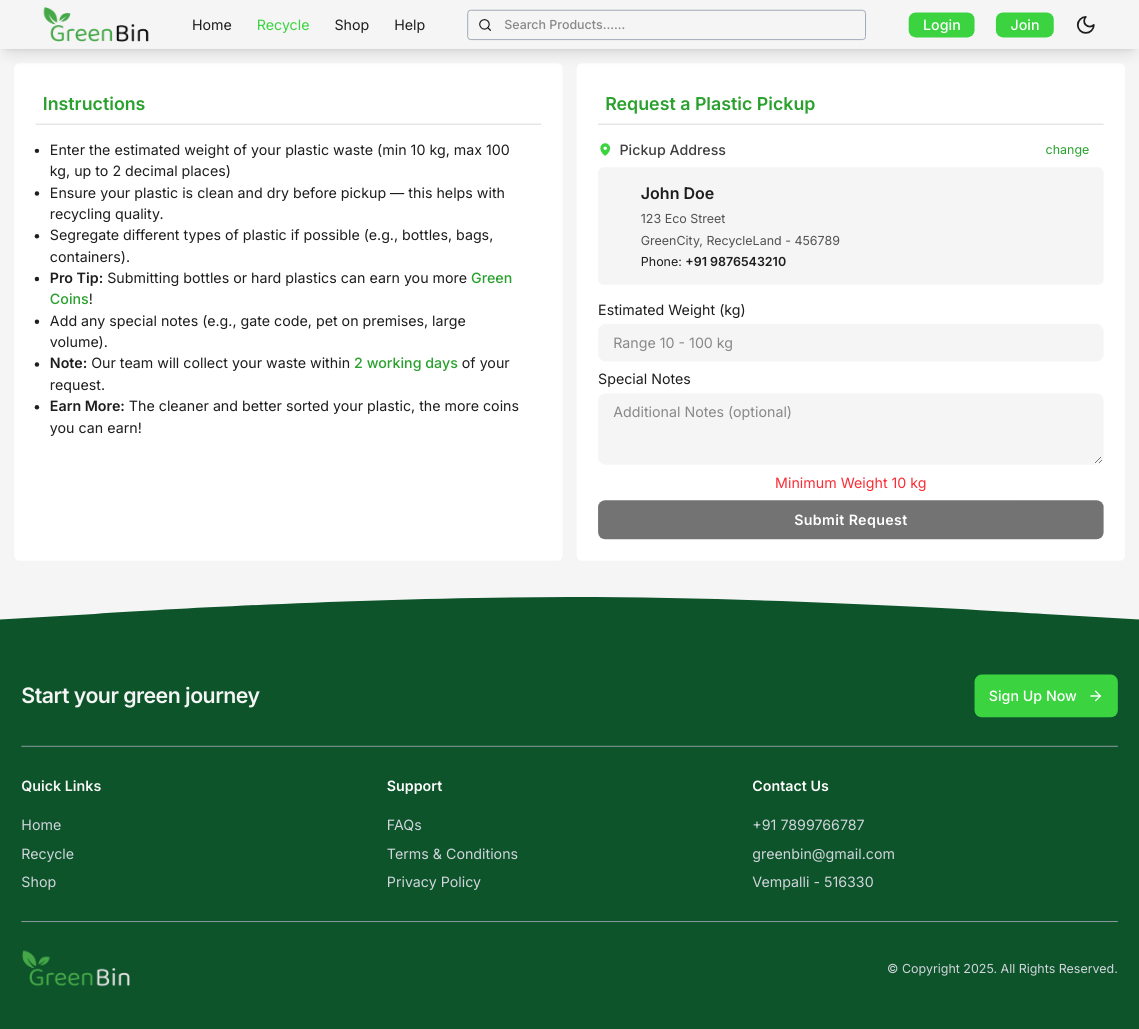
Repository: Siddhu123456/Plastic-Waste-Management
Page: /recycle (app in frontend/)
The author's editor kept a copy of each file at every save. The page is drawn from the files as they stood at one save, then again after the next save.
The browser window is 1280 px wide. The pictures show the whole page, at 89% of full size.
The project was rebuilt for these pictures with package versions that can differ from the ones it lists, and the page was loaded fresh each time. Also part of the build but not shown: frontend/vite.config.js, frontend/src/components/ProductCard.jsx, frontend/src/components/TrendingProductsCarousel.jsx, frontend/src/pages/Home.jsx, frontend/src/components/FilterBar.jsx, frontend/src/pages/customer/Shop.jsx, frontend/src/components/CartItemCard.jsx, frontend/src/pages/customer/Cart.jsx and 14 more. Imported but missing from the stored project, and not drawn on this page: frontend/src/pages/Help, frontend/src/pages/customer/WishList.

Above is the page before, as saved 2025-05-06 11:26:59.

### frontend/src/index.css
@import url('https://fonts.googleapis.com/css2?family=Fugaz+One&family=Montserrat:ital@0;1&display=swap');
@import url('https://fonts.googleapis.com/css2?family=Inter:ital,opsz,wght@0,14..32,100..900;1,14..32,100..900&display=swap');
@import "tailwindcss";


@custom-variant dark (&:where(.dark, .dark *));


@theme{
  --color-ow : #f5f5f5;
  --color-dbg : #000803;
  --color-dsc : #1e221f;
  --color-dtc : #313532;
  --color-lgg : #3bd440;
  --color-tc : #1e1e1e;
  --color-lgd : #2aa12e;
  --color-bl: #1D2A35;
  --color-lg-trans : rgba(69, 167, 72, 0.3);
}

@layer components {
  .pri-btn {
    @apply text-white cursor-pointer text-center rounded-lg bg-lgg hover:bg-lgd transition duration-300
  }
  .white-btn {
    @apply text-lgg cursor-pointer text-center rounded-2xl bg-ow transition duration-300
  }
  .trans-btn{
    @apply border text-center rounded-2xl cursor-pointer border-lgg text-lgg hover:bg-lgg hover:text-white transition
  }

  .white-trans-btn{
    @apply border text-center rounded-2xl cursor-pointer border-white text-white transition duration-300
  }
}

@layer utilities{
  .no-scrollbar::-webkit-scrollbar {
    display: none;
}
.no-scrollbar {
    -ms-overflow-style: none;
    scrollbar-width: none;
}
}

:root{
  font-family: "Inter", sans-serif;
  background-color: #f5f5f5;
  box-sizing: border-box;
  overflow-x: hidden;
}


input[type='range'] {
  pointer-events: all;
  height: 0;
}

input[type='range']::-webkit-slider-thumb {
  appearance: none;
  height: 16px;
  width: 16px;
  background: #22c55e;
  border-radius: 9999px;
  cursor: pointer;
  border: none;
}

input[type='range']::-moz-range-thumb {
  height: 16px;
  width: 16px;
  background: #22c55e;
  border-radius: 9999px;
  cursor: pointer;
  border: none;
}

### frontend/src/App.jsx
import { CartProvider } from './components/CartContext.jsx';
import AppRoutes from './routes/AppRoutes.jsx'


const App = () => (
    <CartProvider>
        <AppRoutes />
    </CartProvider>
)

export default App;

### frontend/src/components/CartContext.jsx
import { createContext, useContext, useState } from "react";

const CartContext = createContext();

export const CartProvider = ({ children }) => {
  const [cartCount, setCartCount] = useState(0);

  return (
    <CartContext.Provider value={{ cartCount, setCartCount }}>
      {children}
    </CartContext.Provider>
  );
};

export const useCart = () => useContext(CartContext);

### frontend/src/routes/AppRoutes.jsx
import {BrowserRouter as Router, Routes, Route} from 'react-router-dom'

import Home from '../pages/Home'
import Help from '../pages/Help'
import Shop from '../pages/customer/Shop'
import Recycle from '../pages/customer/Recycle'
import Cart from '../pages/customer/Cart'
import WishList from '../pages/customer/WishList'
import ProductOverview from '../pages/customer/ProductOverview'
import ScrollToTop from './ScrollToTop'
import Layout from '../components/Layout'
import Wallet from '../pages/customer/Wallet'
import OrderHistory from '../pages/customer/OrderHistory'
import OrderSummary from '../pages/customer/OrderSummary'
import PickupHistory from '../pages/customer/PickupHistory'
import CustomerProfile from '../pages/customer/CustomerProfile'
import ProductForm from '../pages/admin/ProductForm'

const AppRoutes = () => {
  return (
    <Router>
      <Layout>
      <ScrollToTop />
        <Routes>
            <Route path='/' element={<Home />} />
            <Route path='/recycle' element={<Recycle />} />
            <Route path='/shop' element={<Shop />} />
            <Route path='/help' element={<Help />} />
            <Route path='/cart' element={<Cart />} />
            <Route path='/favorites' element={<WishList />} />
            <Route path='/wallet' element={<Wallet />} />
            <Route path='/product/:id' element={<ProductOverview />} />
            <Route path='/orders' element={<OrderHistory />} />
            <Route path='/orders/:id' element={<OrderSummary />} />
            <Route path='/pickups' element={<PickupHistory />} />
            <Route path='/cprofile' element={<CustomerProfile />} />
            <Route path='/pform' element={<ProductForm />} />
        </Routes>
        </Layout>
    </Router>
  )
}

export default AppRoutes

### frontend/src/pages/customer/Recycle.jsx
import React, { useEffect, useState } from "react";
import { PiMapPinFill, PiPlusCircle } from "react-icons/pi";

const Recycle = () => {
  const [selectedAddress, setSelectedAddress] = useState(null);

  useEffect(() => {
    // Simulate fetch call
    const allAddresses = [
      {
        id: 1,
        name: "John Doe",
        street: "123 Eco Street",
        city: "GreenCity",
        state: "RecycleLand",
        zip: "456789",
        phone: "+91 9876543210",
        isDefault: true
      },
      {
        id: 2,
        name: "Jane Smith",
        street: "456 Green Ave",
        city: "CleanTown",
        state: "EcoState",
        zip: "654321",
        phone: "+91 8765432109",
        isDefault: false
      }
    ];

    const defaultAddress = allAddresses.find(addr => addr.isDefault) || allAddresses[0];
    setSelectedAddress(defaultAddress);
  }, []);


  const [formData, setFormData] = useState({
    weight: "",
    notes: "",
  });
  const minWeight = 10
  const maxWeight = 100



  const handleChange = (e) => {
    const { name, value } = e.target;

    if (name === "weight") {
      const numericValue = parseFloat(value);
      const isWithinLimit = numericValue <= 100;
      const isValid = value === "" || (!isNaN(numericValue) && numericValue >= 0 && isWithinLimit);

      if (isValid) {
        setFormData((prev) => ({ ...prev, [name]: value }));
      }

      return;
    }

    setFormData((prev) => ({ ...prev, [name]: value }));
  };


  const handleWeightKeyDown = (e) => {
    const key = e.key;
    const value = e.target.value;
    const allowedDigits = ['0','1','2','3','4','5','6','7','8','9'];
    const controlKeys = ['Backspace', 'Delete', 'ArrowLeft', 'ArrowRight', 'Tab', 'Home', 'End'];

    const isDigit = allowedDigits.includes(key);
    const isDot = key === '.';
    const alreadyHasDot = value.includes('.');

    // If already has a dot, prevent entering more than 2 decimal digits
    if (alreadyHasDot && !controlKeys.includes(key)) {
      const decimalPart = value.split('.')[1];
      if (decimalPart?.length >= 2 && !isDot) {
        e.preventDefault();
        return;
      }
    }

    // Prevent invalid keys
    if (
      !isDigit &&
      !controlKeys.includes(key) &&
      !(isDot && !alreadyHasDot)
    ) {
      e.preventDefault();
    }
  };


  return (
    <section className='grid grid-cols-12 gap-4 p-2 sm:p-4'>
    <div className="col-span-12 lg:col-span-6 bg-white dark:bg-dtc rounded-md p-4 sm:p-6">
    <h1 className="text-xl font-semibold text-lgd dark:text-lgg border-b border-neutral-300 dark:border-neutral-500 p-2">Instructions</h1>

      <ul className="list-disc text-tc dark:text-ow p-4">
        <li>Enter the estimated weight of your plastic waste (min {minWeight} kg, max {maxWeight} kg, up to 2 decimal places)</li>
        <li>Ensure your plastic is clean and dry before pickup — this helps with recycling quality.</li>
        <li>Segregate different types of plastic if possible (e.g., bottles, bags, containers).</li>
        <li><strong className="font-semibold">Pro Tip:</strong> Submitting bottles or hard plastics can earn you more <span className="text-lgd dark:text-lgg font-medium">Green Coins</span>!</li>
        <li>Add any special notes (e.g., gate code, pet on premises, large volume).</li>
        <li><strong className="font-semibold">Note:</strong> Our team will collect your waste within <span className="font-medium text-lgd dark:text-lgg">2 working days</span> of your request.</li>
        <li><strong className="font-semibold">Earn More:</strong> The cleaner and better sorted your plastic, the more coins you can earn!</li>
      </ul>
    </div>

      {/* Pickup */}
    <div className="bg-white dark:bg-dtc rounded-md col-span-12 lg:col-span-6 p-4 sm:p-6">
      <h1 className="text-xl font-semibold text-lgd dark:text-lgg border-b border-neutral-300 dark:border-neutral-500 p-2">Request a Plastic Pickup</h1>
      {/* Address */}
      <div>
        <div className='flex items-center gap-2 pt-4 pb-2 font-medium'>
          <PiMapPinFill className='text-lgg' />
          <h2 className='text-neutral-700 dark:text-neutral-300'>Pickup Address</h2>
          {selectedAddress &&
            <button className='ml-auto font-normal cursor-pointer text-lgd dark:text-lgg hover:underline text-sm pr-4'>change</button>
          }
        </div>

          {selectedAddress ?
            <div className="bg-ow dark:bg-dsc p-4 rounded-md">
            <div className="pl-8 space-y-1">
              <p className="text-lg font-semibold text-tc dark:text-white">
                {selectedAddress.name}
              </p>
              <p className="text-sm text-neutral-600 dark:text-neutral-300">{selectedAddress.street}</p>
              <p className="text-sm text-neutral-600 dark:text-neutral-300">
                {selectedAddress.city}, {selectedAddress.state} - {selectedAddress.zip}
              </p>
              <p className="text-sm text-tc dark:text-neutral-300">
                Phone: <span className='font-semibold'>{selectedAddress.phone}</span>
              </p>
            </div>
            </div>:
            <div className="text-center">
              <button type="button" className="inline-flex items-center hover:underline group py-1 gap-1 cursor-pointer text-sm font-medium text-neutral-600 dark:text-neutral-300">
              <PiPlusCircle className="text-lg group-hover:text-lgg" />
              Add Address
              </button>
            </div>
          }
      </div>
      <div className="mt-4 space-y-2">
      <label htmlFor="weight" className="block mb-1 text-tc dark:text-white">Estimated Weight (kg)</label>
      <input
        type="text"
        name="weight"
        id="weight"
        placeholder={`Range ${minWeight} - ${maxWeight} kg`}
        className="py-2 px-4 block w-full bg-ow dark:bg-dsc text-tc dark:text-ow border-ow dark:border-dsc border rounded-lg focus:outline-none focus:border-lgg focus:ring-lgg disabled:opacity-50 disabled:pointer-events-none dark:placeholder-neutral-500 dark:focus:ring-neutral-600"
        value={formData.weight}
        onChange={handleChange}
        onKeyDown={handleWeightKeyDown}
        required
      />

      <label htmlFor="notes" className="block mb-1 text-tc dark:text-white">Special Notes</label>
      <textarea
          name="notes"
          id="notes"
          placeholder="Additional Notes (optional)"
          className="py-2 min-h-20 px-4 block w-full bg-ow dark:bg-dsc text-tc dark:text-ow border-ow dark:border-dsc border rounded-lg focus:outline-none focus:border-lgg focus:ring-lgg disabled:opacity-50 disabled:pointer-events-none dark:placeholder-neutral-500 dark:focus:ring-neutral-600"
          value={formData.notes}
          onChange={handleChange}
        />
        {formData.weight < minWeight ? <p className="text-center text-red-500">Minimum Weight {minWeight} kg</p>:''}
        <button type="button" onClick={()=>console.log(formData)} disabled={formData.weight < minWeight} className="disabled:bg-neutral-500 disabled:cursor-not-allowed px-4 py-2.5 w-full font-semibold tracking-wide pri-btn">
          Submit Request
        </button>
      </div>
    </div>
  </section>
  );
}


export default Recycle

### frontend/src/routes/ScrollToTop.jsx
import { useEffect } from "react";
import { useLocation } from "react-router-dom";

const ScrollToTop = () => {
    const {pathname} = useLocation()
    useEffect(() => {
        window.scrollTo(0,0)
    },[pathname])

    return null
}

export default ScrollToTop;

### frontend/src/components/Layout.jsx
// Layout.jsx
import React from "react"
import Footer from "./Footer";
import Navbar from "./Navbar"

const Layout = ({ children }) => {
  return (
    <div className="min-h-screen flex flex-col bg-ow dark:bg-dsc">
      <Navbar />

      <main className="flex-1">
        {children}
      </main>

      <Footer />
    </div>
  );
};

export default Layout;

### frontend/src/components/Footer.jsx
import React, { useState } from 'react'
import LogoGBW from '../assets/images/logoGBW.png'
import { Link } from 'react-router-dom'
import { LuArrowRight } from 'react-icons/lu'
import AuthModal from '../pages/auth/AuthModal'

const Footer = () => {

    const user = JSON.parse(localStorage.getItem('user'));
    const userId = user?.id;

    const [authOpen, setAuthOpen] = useState(false)
    const [loginOpen, setLoginOpen] = useState(false)


  return (
    <footer className="bg-green-900 relative mt-16 bottom-0">
        <svg
            className="absolute top-0 w-full h-6 -mt-5 sm:-mt-10 sm:h-16 text-deep-purple-accent-400"
            preserveAspectRatio="none"
            viewBox="0 0 1440 54"
        >
            <path
            fill="#0d542b"
            d="M0 22L120 16.7C240 11 480 1.00001 720 0.700012C960 1.00001 1200 11 1320 16.7L1440 22V54H1320C1200 54 960 54 720 54C480 54 240 54 120 54H0V22Z"
            />
        </svg>

        <div className="container px-6 py-12 mx-auto">
            {!userId &&
                <>
                <div className="md:flex md:-mx-3 md:items-center md:justify-between">
                    <h1 className="text-xl font-semibold tracking-tight md:mx-3 xl:text-2xl text-ow">Start your green journey</h1>
                        <div className="mt-6 md:mx-3 shrink-0 md:mt-0 md:w-auto">
                            <button
                                className="inline-flex items-center justify-center font-medium w-full px-4 py-3  gap-x-3 pri-btn"
                                onClick={
                                    () => {
                                        setLoginOpen(false)
                                        setAuthOpen(true)
                                    }}
                            >
                                <span>Sign Up Now</span>
                                <LuArrowRight className='text-lg'/>
                            </button>
                        </div>
                </div>
                <hr className="my-6 border-gray-400 md:my-8"/>
                </>
            }

            <div className="grid grid-cols-2 gap-x-0 gap-y-6 sm:grid-cols-3">
                <div>
                    <p className="font-semibold text-ow">Quick Links</p>

                    <div className="flex flex-col items-start mt-5 space-y-2">
                        <Link to="/" className=" transition-colors duration-300 text-gray-300 hover:text-lgg">Home</Link>
                        <Link to="/recycle" className=" transition-colors duration-300 text-gray-300 hover:text-lgg">Recycle</Link>
                        <Link to="/shop" className=" transition-colors duration-300 text-gray-300 hover:text-lgg">Shop</Link>
                    </div>
                </div>

                <div>
                    <p className="font-semibold  text-white">Support</p>

                    <div className="flex flex-col items-start mt-5 space-y-2">
                        <Link to="#" className=" transition-colors duration-300 text-gray-300 hover:text-lgg">FAQs</Link>
                        <Link to="#" className=" transition-colors duration-300 text-gray-300 hover:text-lgg">Terms & Conditions</Link>
                        <Link to="#" className=" transition-colors duration-300 text-gray-300 hover:text-lgg">Privacy Policy</Link>
                    </div>
                </div>

                <div>
                    <p className="font-semibold  text-white">Contact Us</p>

                    <div className="flex flex-col items-start mt-5 space-y-2">
                        <Link to="#" className=" transition-colors duration-300 text-gray-300 hover:text-lgg">+91 7899766787</Link>
                        <Link to="#" className=" transition-colors duration-300 text-gray-300 hover:text-lgg">greenbin@gmail.com</Link>
                        <Link to="#" className=" transition-colors duration-300 text-gray-300 hover:text-lgg">Vempalli - 516330</Link>
                    </div>
                </div>
            </div>

            <hr className="my-6 border-gray-400 md:my-8 "/>

            <div className="flex flex-col items-center justify-between sm:flex-row">
                <Link to="#">
                    <img className="w-auto h-10" src={LogoGBW} alt=""/>
                </Link>

                <p className="mt-4 text-sm sm:mt-0 text-gray-300">© Copyright 2025. All Rights Reserved.</p>
            </div>
        </div>

        <AuthModal
        authOpen={authOpen}
        loginOpen={loginOpen}
        setLoginOpen={()=>setLoginOpen(prev => !prev)}
        onClose={() => setAuthOpen(prev => !prev)}
      />
    </footer>

  )
}

export default Footer

### frontend/src/pages/auth/AuthModal.jsx
import React, { useEffect, useState } from 'react'
import Modal from '../../components/Modal'
import ForgotPassword from './FogotPassword'
import Login from './Login'
import Signup from './Signup'

const AuthModal = ({authOpen, loginOpen, setLoginOpen, onClose, setIsLogged}) => {
      const [isPasswordForgot, setIsPasswordForgot] = useState(false)
      useEffect(() => {
        if (!authOpen) {
          setIsPasswordForgot(false)
        }
      }, [authOpen])
  return (
    <Modal
        open={authOpen}
        onClose={onClose}
    >
        {
            isPasswordForgot ? <ForgotPassword setIsPasswordForgot={setIsPasswordForgot} /> :
                loginOpen ? <Login setLoginOpen={setLoginOpen} onClose={onClose} setIsPasswordForgot={() => setIsPasswordForgot(prev => !prev)} setIsLogged={setIsLogged} /> :
                    <Signup setLoginOpen={setLoginOpen} setIsLogged={setIsLogged} onClose={onClose}/>
        }
    </Modal>
  )
}

export default AuthModal

### frontend/src/components/ThemeToggle.jsx
import { useEffect, useState } from "react";
import { LuMoon, LuSun, LuSunDim } from 'react-icons/lu';


const ThemeToggle = ({theme,setTheme}) => {
  useEffect(() => {
    if (theme === "dark") {
      document.documentElement.classList.add("dark");
    } else {
      document.documentElement.classList.remove("dark");
    }
    localStorage.setItem("theme", theme);
  }, [theme]);

  const toggleTheme = () => {
    setTheme(theme === "light" ? "dark" : "light");
  };

  return (
    <button
      onClick={toggleTheme}
      className="flex items-center justify-center cursor-pointer hover:text-lgg"
    >
      {theme === "light" ? <LuMoon className="text-2xl sm:text-xl md:text-2xl" /> : <LuSun className="text-2xl" />}
    </button>
  );
};

export default ThemeToggle;

Loaded but not shown: frontend/index.html (common file); frontend/src/main.jsx (common file); frontend/src/components/Navbar.jsx (437 lines, source omitted)

After the next save:
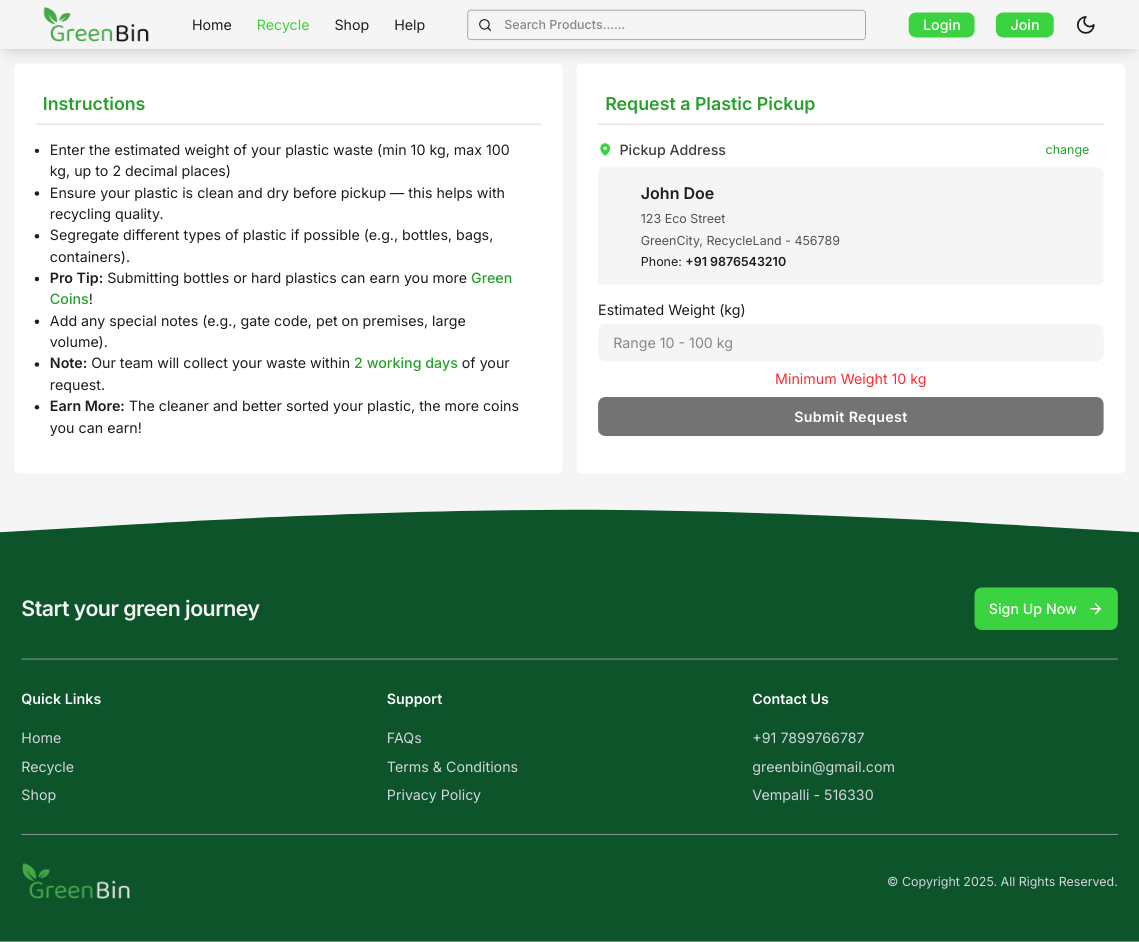
Saved 24 min 11 s later.
--- a/frontend/src/pages/customer/Recycle.jsx
+++ b/frontend/src/pages/customer/Recycle.jsx
@@ -158,15 +158,6 @@ const Recycle = () => {
         required
       />
 
-      <label htmlFor="notes" className="block mb-1 text-tc dark:text-white">Special Notes</label>
-      <textarea
-          name="notes"
-          id="notes"
-          placeholder="Additional Notes (optional)"
-          className="py-2 min-h-20 px-4 block w-full bg-ow dark:bg-dsc text-tc dark:text-ow border-ow dark:border-dsc border rounded-lg focus:outline-none focus:border-lgg focus:ring-lgg disabled:opacity-50 disabled:pointer-events-none dark:placeholder-neutral-500 dark:focus:ring-neutral-600"
-          value={formData.notes}
-          onChange={handleChange}
-        />
         {formData.weight < minWeight ? <p className="text-center text-red-500">Minimum Weight {minWeight} kg</p>:''}
         <button type="button" onClick={()=>console.log(formData)} disabled={formData.weight < minWeight} className="disabled:bg-neutral-500 disabled:cursor-not-allowed px-4 py-2.5 w-full font-semibold tracking-wide pri-btn">
           Submit Request
